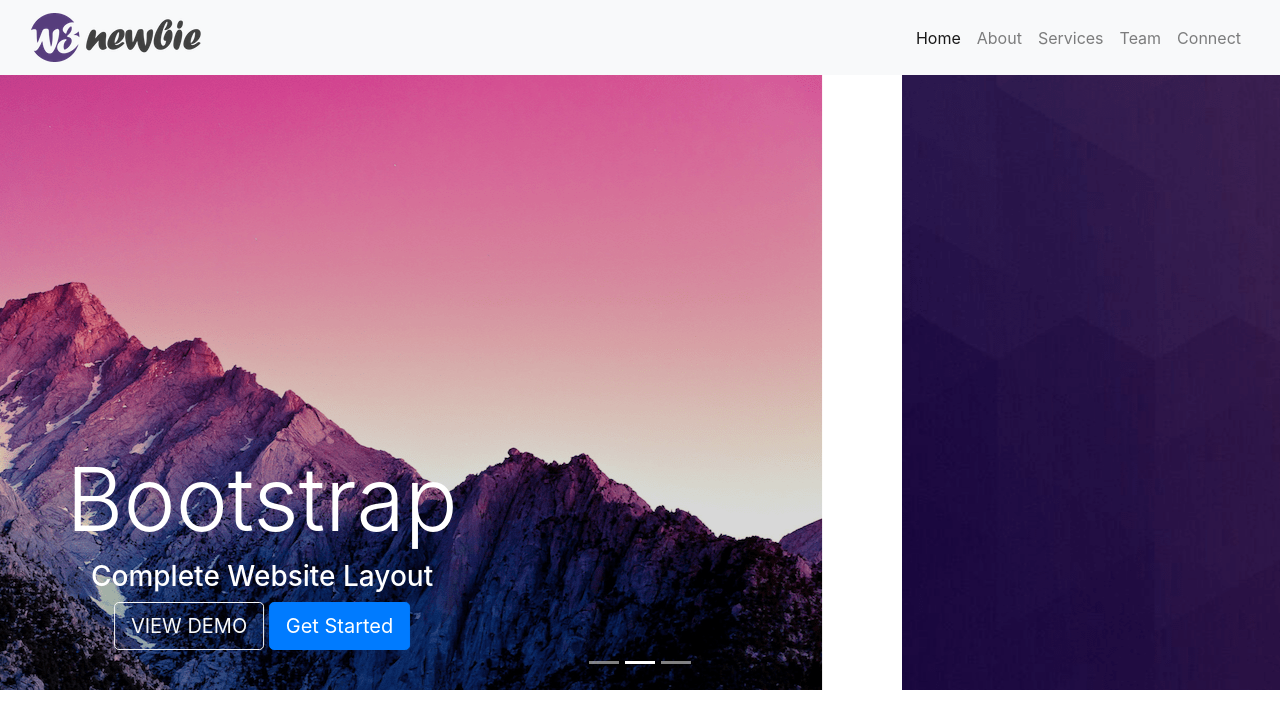
Repository: rkyankya/Bootstrap-1
Page: index.html
These files come from the project's save history. The page is drawn as it stood at one moment and after the next save; the edit follows.
The browser window is 1280 px wide. The pictures show the whole page.
Some web libraries are served in a nearby version.

Above is the page before, as saved 2019-12-15 16:22:32.

After the next save:
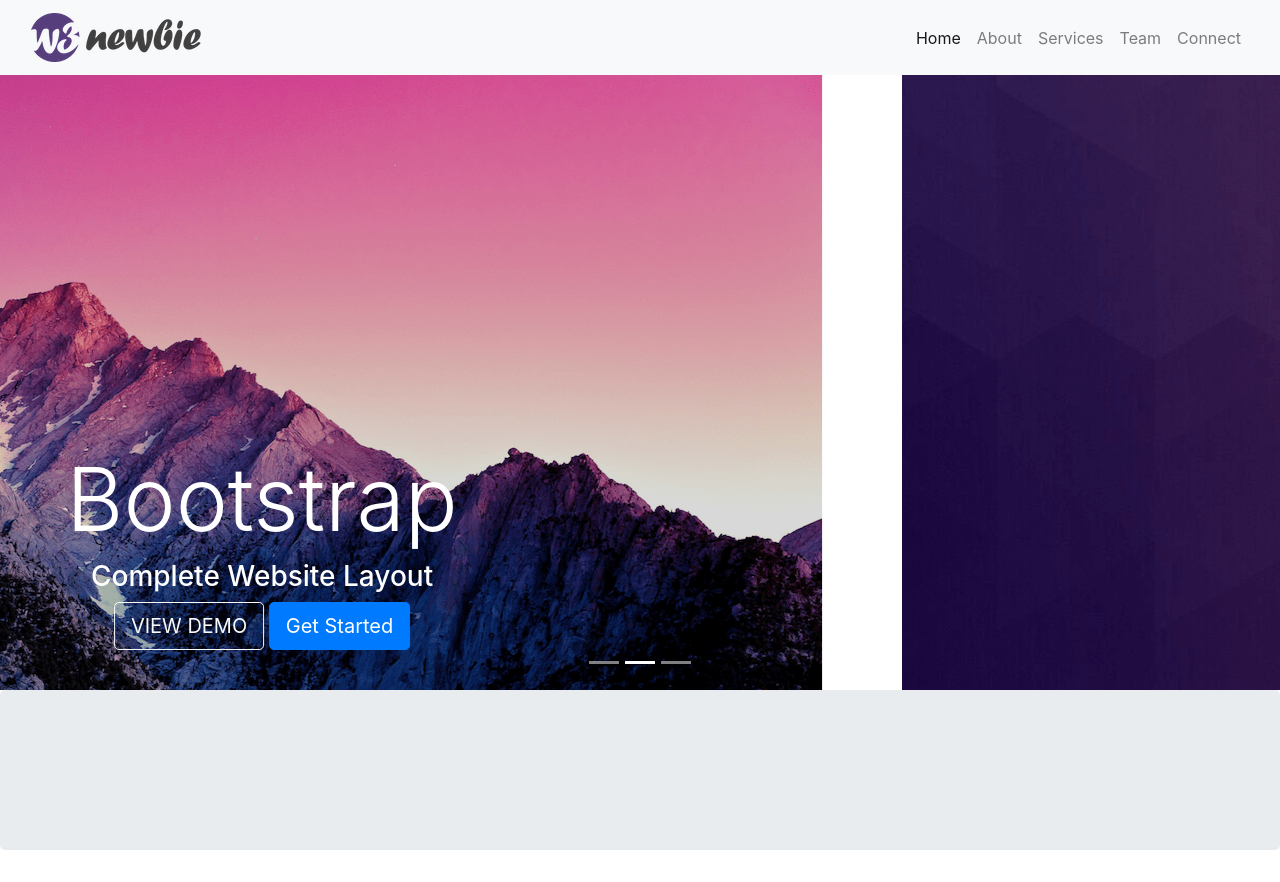
Saved 11 min 43 s later.
--- a/index.html
+++ b/index.html
@@ -71,6 +71,14 @@
     </div>
 
     <!--- Jumbotron -->
+    <div class="container-fluid">
+        <div class="row jumbotron">
+            <div class="col-xs-12 col-sm-12 col-md-9 col-lg-9 col-xl-10">
+                <!--Bootstrap has 12 coloms the 12 describes the coloms to take-->
+
+            </div>
+        </div>
+    </div>
 
 
     <!--- Welcome Section -->
